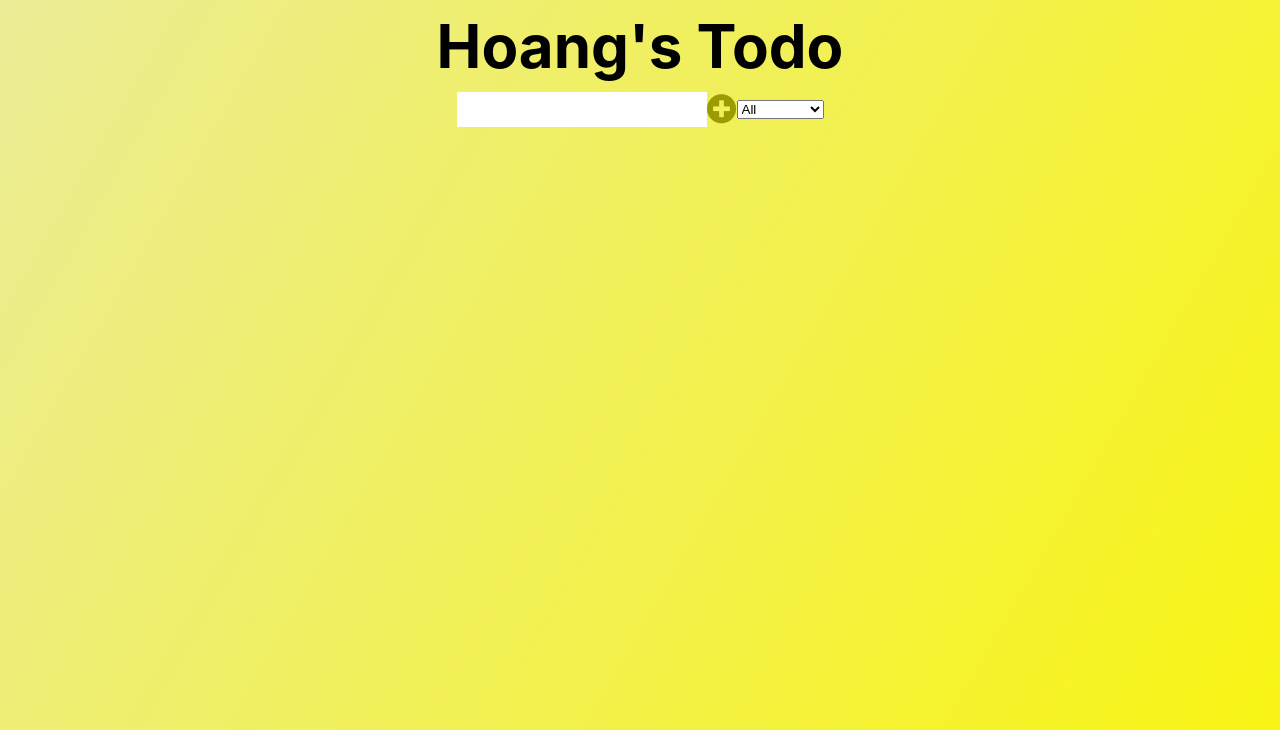
Repository: DinhHoang0607/TodoReact
Page: /
An editor plug-in stored every save of this project. The page is shown before and after a run of saves, followed by the edit.
The browser window is 1280 px wide. The pictures show the whole page.
Some web libraries are served in a nearby version. The project was rebuilt for these pictures with package versions that can differ from the ones it lists, and the page was loaded fresh each time.

Above is the page before, as saved 2021-09-09 23:39:12.

After the next 3 saves:
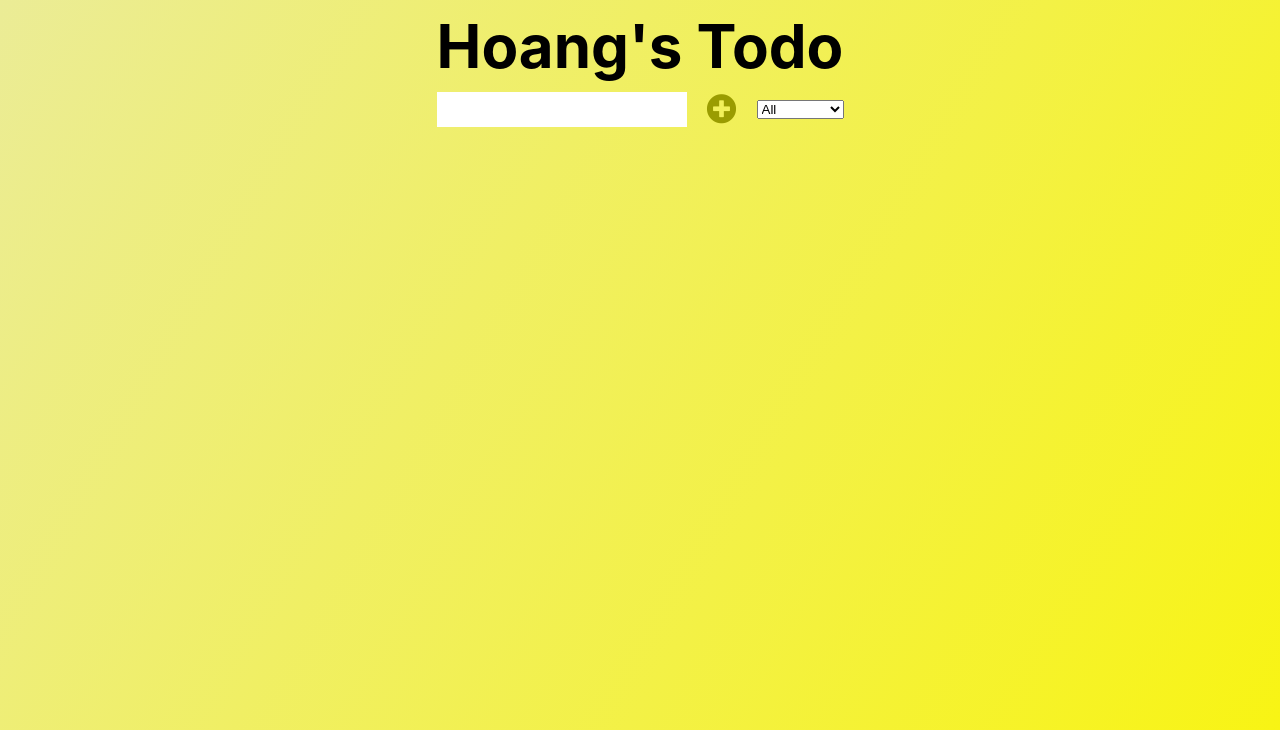
The 3 saves are shown as one change because they came seconds apart.
The last was saved 15 s later.
--- a/src/App.css
+++ b/src/App.css
@@ -34,7 +34,7 @@ form {
 }
 .form__btn {
   color: #9a9c01;
-  padding: auto 2rem;
+  margin: auto 2rem;
   /* width: 3.5rem;
   height: 3.5rem; */
   /* border-radius: 50%; */
